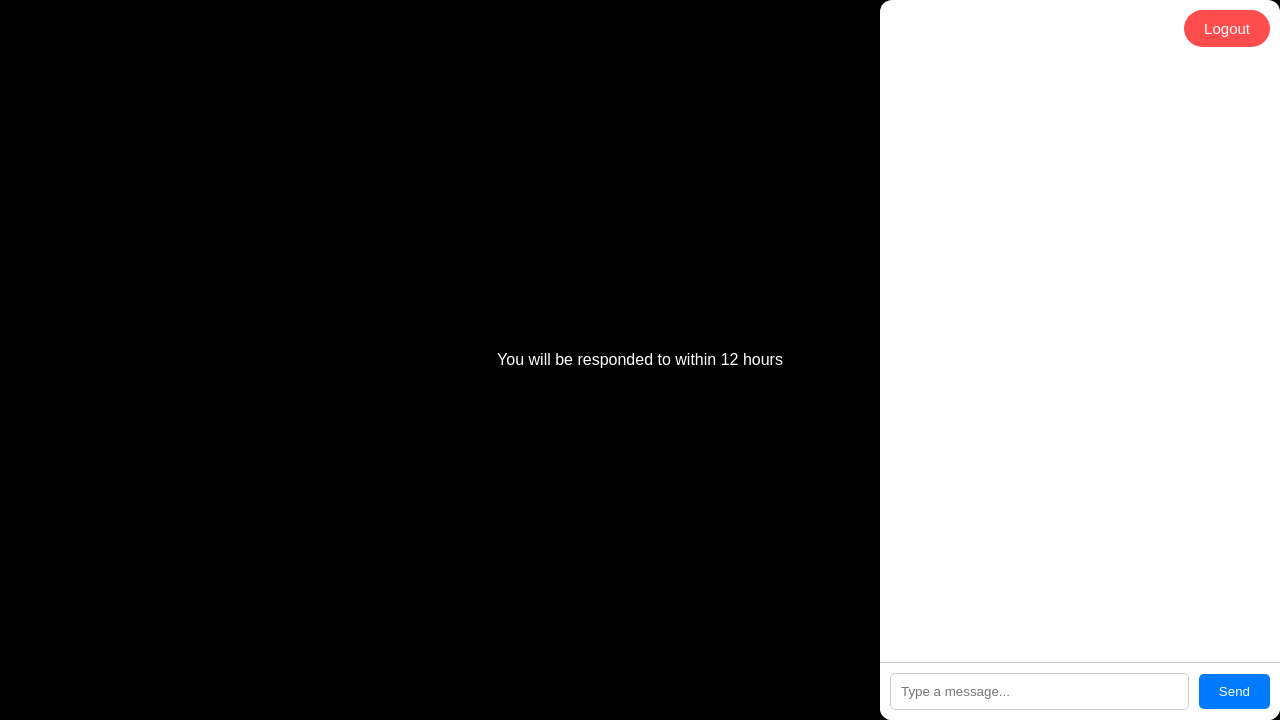
Repository: mdmisri/needy-talk
Page: /home (app in frontend/talk-d1/), after clicking the first element matching `div.card`
The author's editor kept a copy of each file at every save. The page is drawn from the files as they stood at one save, then again after the next save.
The browser window is 1280 px wide. The pictures show the whole page.
The page's requests for data from a server got no answer. The project was rebuilt for these pictures with package versions that can differ from the ones it lists, and the page was loaded fresh each time. No one was signed in, and anything a server would have sent is missing. Also part of the build but not shown: frontend/talk-d1/src/components/Login/Login.js, frontend/talk-d1/src/components/Register/Register.js, frontend/talk-d1/src/components/Chat/styles/Message.css, frontend/talk-d1/src/components/Chat/Message.js, frontend/talk-d1/src/components/Chat/AdminChatBox.js.

Above is the page before, as saved 2024-07-31 09:19:16.

After the next save:
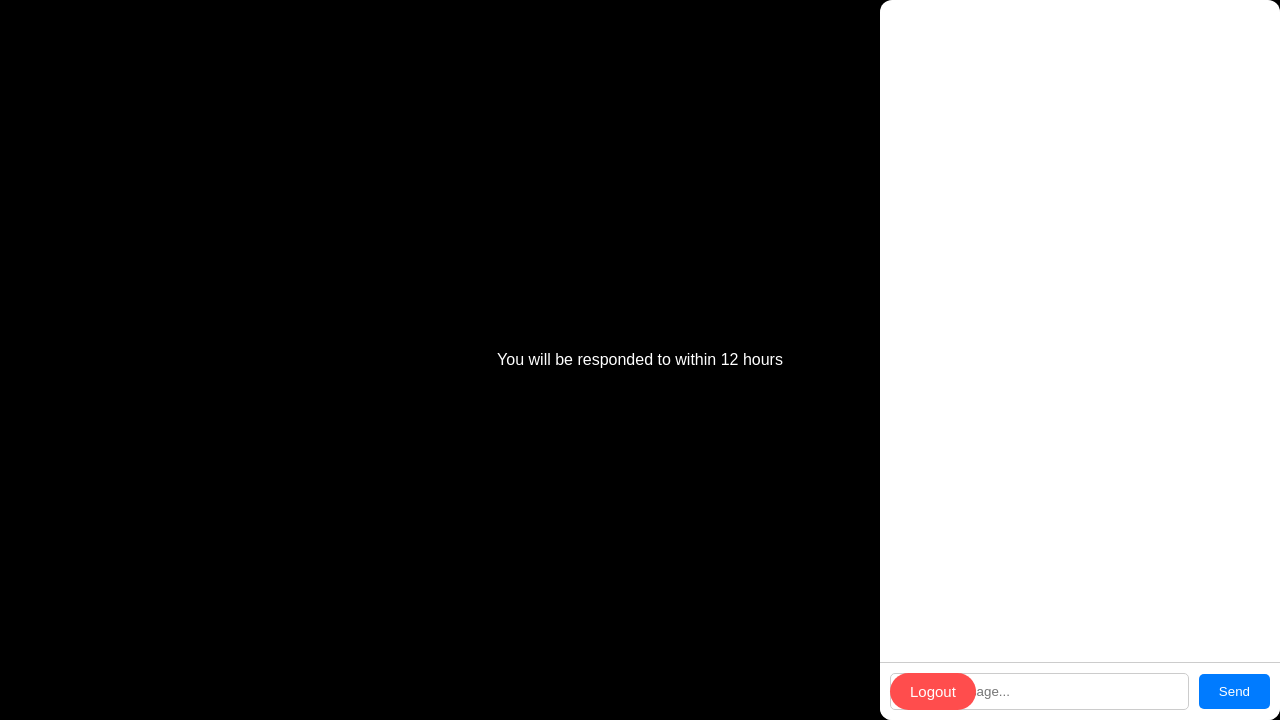
Saved 3 min 56 s later.
--- a/frontend/talk-d1/src/components/Chat/styles/ChatBox.css
+++ b/frontend/talk-d1/src/components/Chat/styles/ChatBox.css
@@ -18,8 +18,8 @@
 
 .logout-button {
     position: absolute;
-    top: 10px;
-    right: 10px;
+    bottom: 10px;
+    left: 10px;
     background-color: #ff4d4d;
     color: white;
     border: none;
